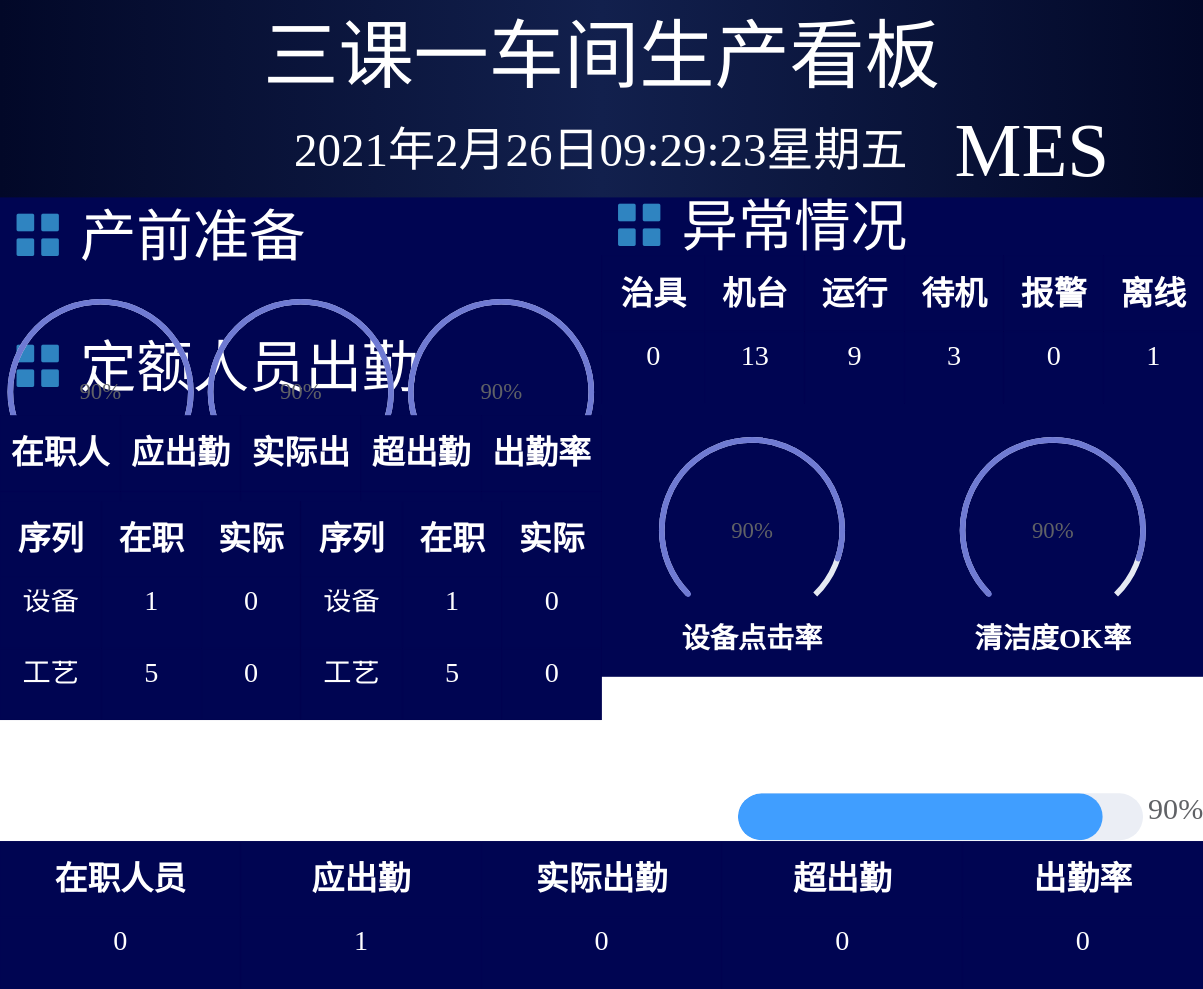
Repository: Bimbaloo/pv-view
Page: a.html
An editor plug-in stored every save of this project. The page is shown before and after the next save, followed by the edit.
The browser window is 1280 px wide. The pictures show the whole page, at 94% of full size.

Above is the page before, as saved 2021-05-14 15:02:51.
Console error: ReferenceError: echarts is not defined

After the next save:
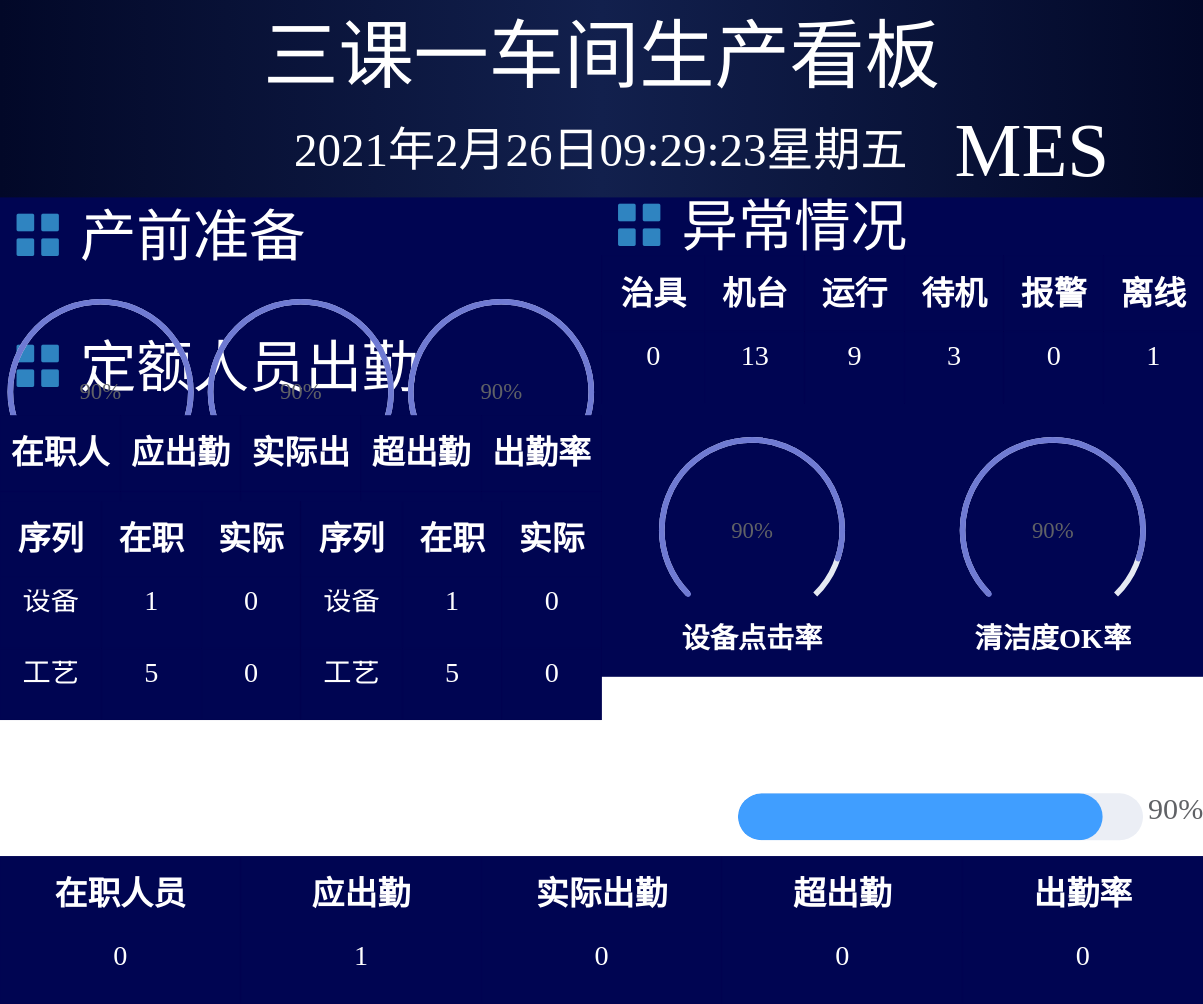
Saved 2 min 49 s later.
--- a/a.html
+++ b/a.html
@@ -132,7 +132,9 @@
         <i class="el-icon-menu"></i>
         <span>异常情况</span>
       </div>
-
+      div.
+      <meta name="viewport"
+        content="width=device-width, initial-scale=1.0, minimum-scale=1.0, maximum-scale=1.0, user-scalable=no" />
       <div id="container" style="height: 80%"></div>
 
       <div class="table-message">

After the save that followed:
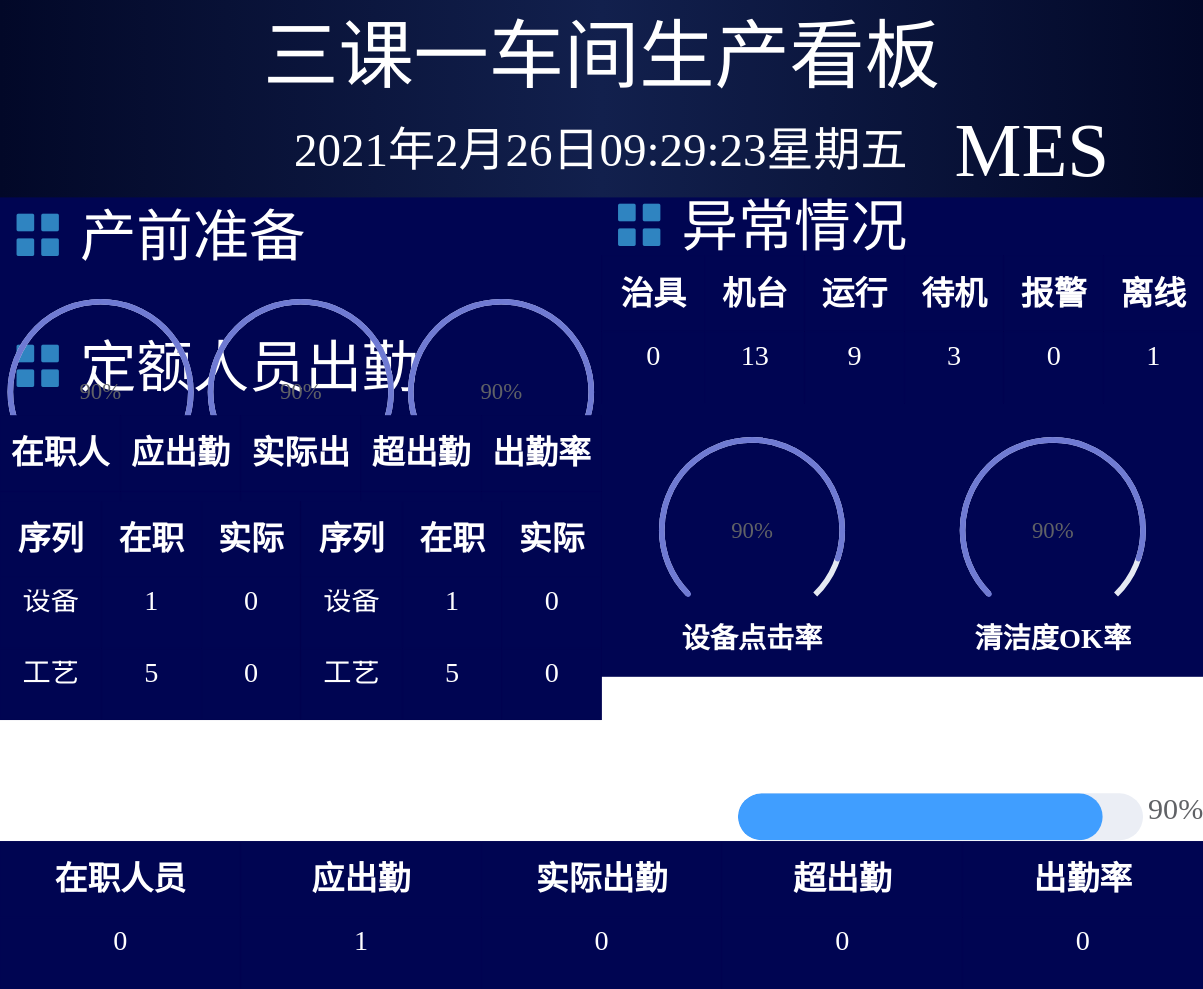
Saved 41 s later.
--- a/a.html
+++ b/a.html
@@ -132,9 +132,9 @@
         <i class="el-icon-menu"></i>
         <span>异常情况</span>
       </div>
-      div.
-      <meta name="viewport"
-        content="width=device-width, initial-scale=1.0, minimum-scale=1.0, maximum-scale=1.0, user-scalable=no" />
+      <div class="echarts-box">
+
+      </div>
       <div id="container" style="height: 80%"></div>
 
       <div class="table-message">
